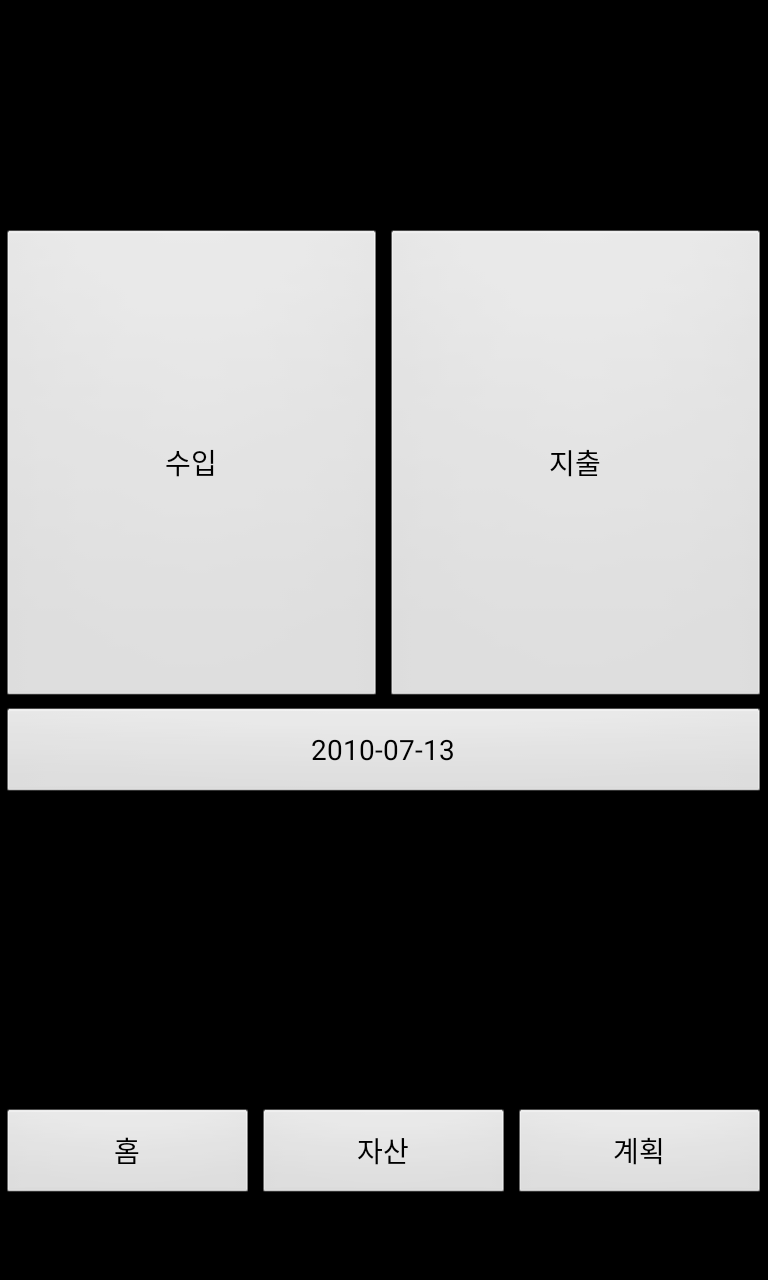
Repository: limjunghoon/fmfinance
Layout: trunk/Sample/Test/FmFinanceLayout/res/layout/main.xml
An editor plug-in stored every save of this project. The layout is shown before and after the next save, followed by the edit.
It is drawn on a 768 x 1280 px phone screen (xhdpi) without system bars, with theme android:Theme; the app's code is not run.

Above is the layout before, as saved 2010-07-13 08:05:12.

After the next save:
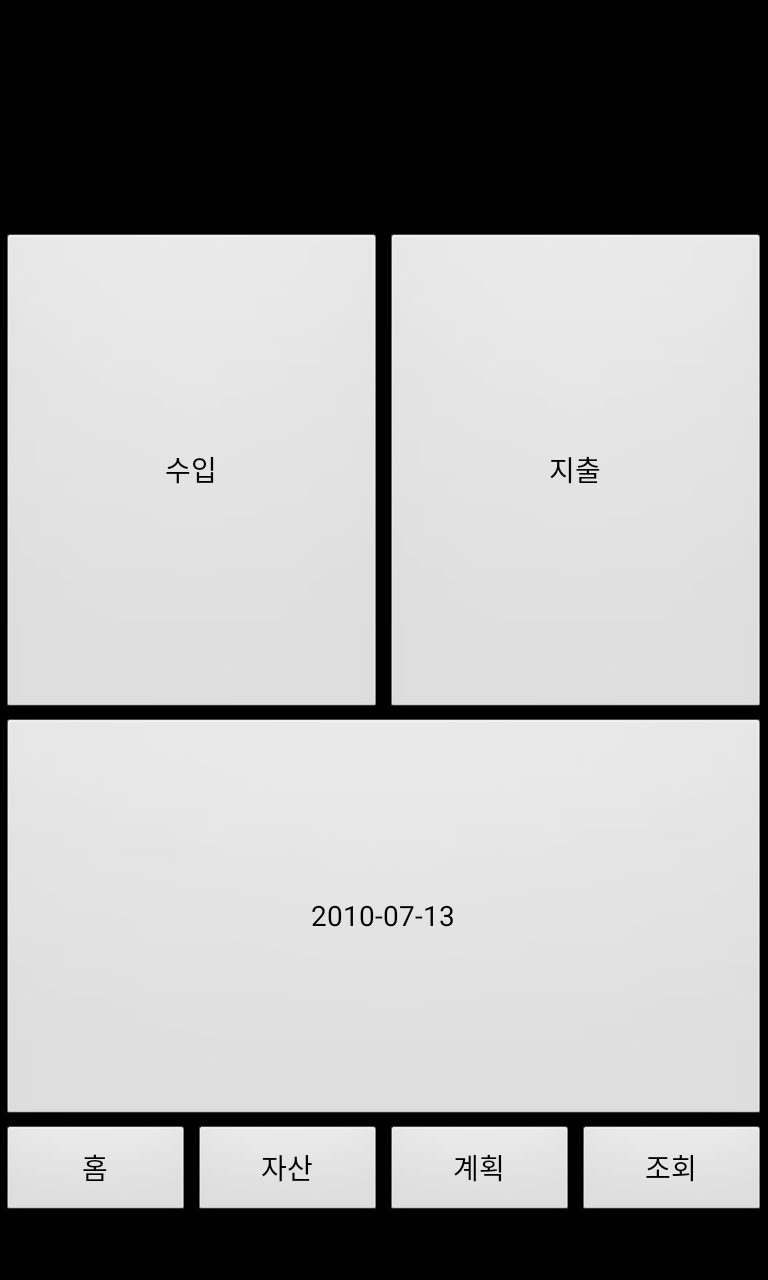
Saved 17 min 42 s later.
--- a/trunk/Sample/Test/FmFinanceLayout/res/layout/main.xml
+++ b/trunk/Sample/Test/FmFinanceLayout/res/layout/main.xml
@@ -5,18 +5,23 @@
     android:layout_height="fill_parent"
     >
 
-<LinearLayout android:layout_height="wrap_content" android:id="@+id/LinearLayoutMainPosition" android:layout_width="fill_parent" android:layout_weight="1">
+<LinearLayout android:id="@+id/LinearLayoutMainPosition" android:layout_width="fill_parent" android:layout_weight="1" android:layout_height="wrap_content">
 
 
 </LinearLayout>
-<LinearLayout android:layout_height="wrap_content" android:id="@+id/LinearLayoutIncomeExpensRate" android:layout_width="fill_parent" android:layout_weight="2"></LinearLayout>
-<LinearLayout android:layout_height="wrap_content" android:id="@+id/LinearLayoutIncomeExpensBtn" android:layout_width="fill_parent" android:layout_weight="5"><Button android:id="@+id/Button01" android:layout_height="fill_parent" android:layout_width="wrap_content" android:text="수입" android:layout_weight="1"></Button>
+<LinearLayout android:id="@+id/LinearLayoutIncomeExpensRate" android:layout_width="fill_parent" android:layout_weight="2" android:layout_height="wrap_content"></LinearLayout>
+<LinearLayout android:id="@+id/LinearLayoutIncomeExpensBtn" android:layout_weight="5" android:layout_width="fill_parent" android:layout_height="wrap_content"><Button android:id="@+id/Button01" android:layout_height="fill_parent" android:layout_width="wrap_content" android:text="수입" android:layout_weight="1"></Button>
 <Button android:id="@+id/Button02" android:layout_height="match_parent" android:layout_width="wrap_content" android:text="지출" android:layout_weight="1"></Button>
 </LinearLayout>
-<LinearLayout android:layout_height="wrap_content" android:id="@+id/LinearLayoutTodayInfo" android:layout_width="fill_parent" android:layout_weight="4"><Button android:id="@+id/Button03" android:layout_height="wrap_content" android:layout_width="fill_parent" android:text="2010-07-13"></Button>
+<LinearLayout android:id="@+id/LinearLayoutTodayInfo" android:layout_width="fill_parent" android:layout_weight="4" android:layout_height="wrap_content" android:orientation="vertical"><Button android:id="@+id/Button03" android:text="2010-07-13" android:layout_weight="1" android:layout_width="fill_parent" android:layout_height="wrap_content"></Button>
+
+
+
+
 </LinearLayout>
-<LinearLayout android:id="@+id/LinearLayoutMainMenu" android:layout_width="fill_parent" android:layout_weight="1" android:layout_height="wrap_content"><Button android:id="@+id/Button04" android:layout_weight="1" android:text="홈" android:layout_width="fill_parent" android:layout_height="wrap_content"></Button>
-<Button android:id="@+id/Button05" android:layout_height="wrap_content" android:layout_weight="1" android:layout_width="fill_parent" android:text="자산"></Button>
-<Button android:id="@+id/Button06" android:layout_height="wrap_content" android:text="계획" android:layout_weight="1" android:layout_width="fill_parent"></Button>
+<LinearLayout android:id="@+id/LinearLayoutMainMenu" android:layout_width="fill_parent" android:layout_weight="2"><Button android:id="@+id/Button04" android:layout_weight="1" android:text="홈" android:layout_height="wrap_content"></Button>
+<Button android:id="@+id/Button05" android:layout_height="wrap_content" android:layout_weight="1" android:text="자산"></Button>
+<Button android:id="@+id/Button06" android:layout_height="wrap_content" android:text="계획" android:layout_weight="1"></Button>
+<Button android:id="@+id/Button07" android:layout_height="wrap_content" android:text="조회" android:layout_weight="1"></Button>
 </LinearLayout>
 </LinearLayout>
